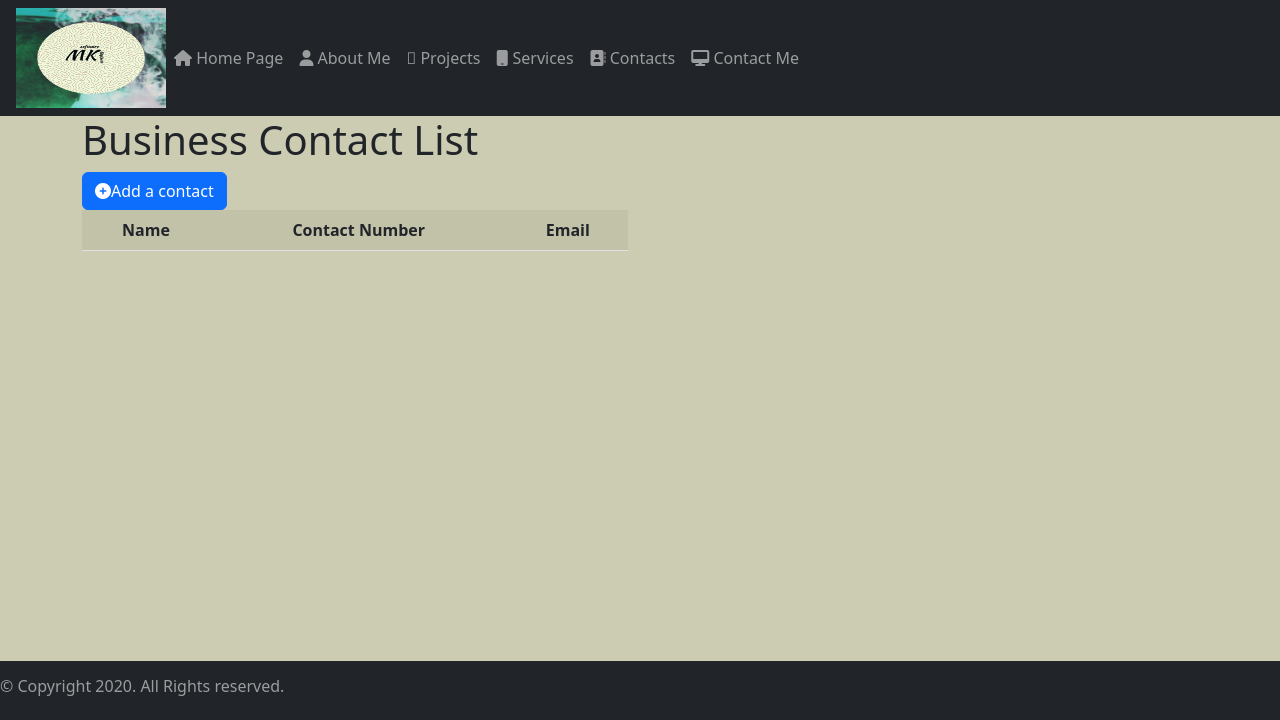
Repository: Mandeep180/Lab03_1
Page: http://localhost/infor
The author's editor kept a copy of each file at every save. The page is drawn from the files as they stood at one save, then again after the next save.
The browser window is 1280 px wide. The pictures show the whole page.
The page is served by the project's Node server (server.js). Queries for data that is not in the repository find no rows.

Above is the page before, as saved 2022-10-22 16:00:47.

After the next save:
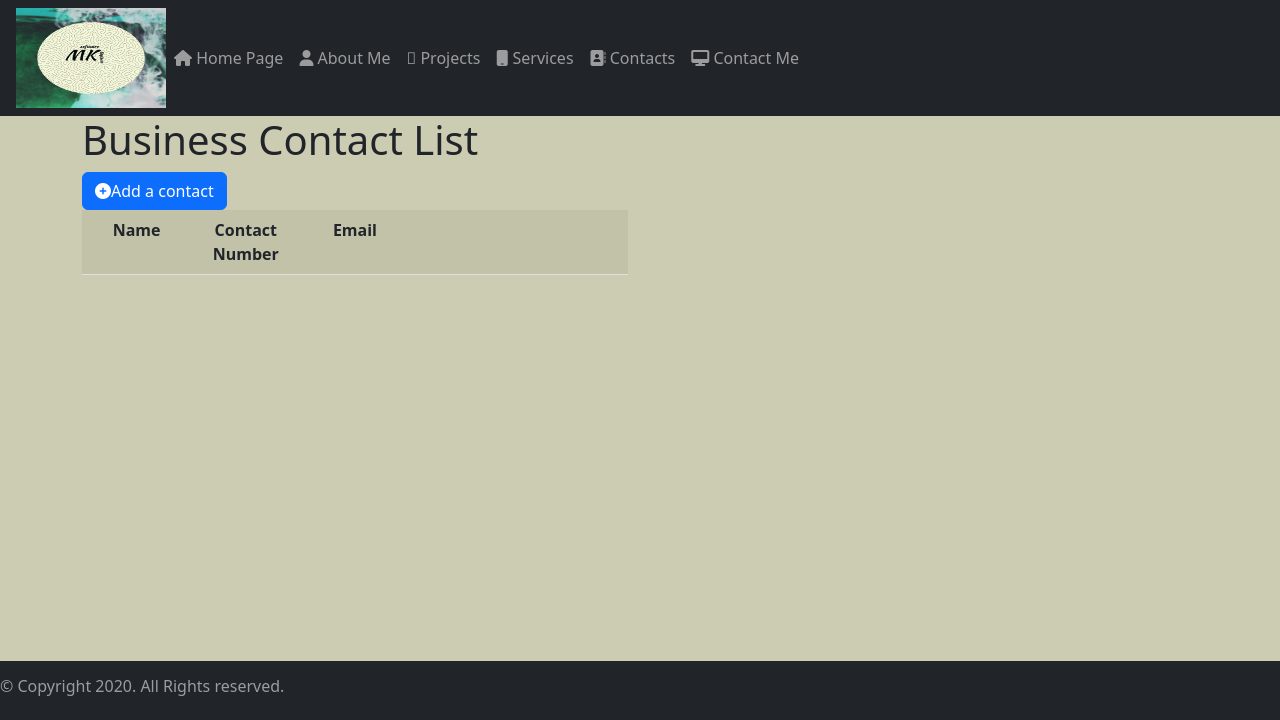
Saved 4 h 8 min later.
--- a/server/views/infor/list.ejs
+++ b/server/views/infor/list.ejs
@@ -14,18 +14,32 @@
             <table class="table table-boardered table-striped table-hover">
                 <!-- Header Row-->
                 <tr>
-                    <th class="text-center">Name</th>
-                    <th class="text-center">Contact Number</th>
-                    <th class="text-center">Email</th>
+                    <th class="text-center col-2">Name</th>
+                    <th class="text-center col-2">Contact Number</th>
+                    <th class="text-center col-2">Email</th>
+                    <th class="text-center col-2" ></th>
+                    <th class="text-center col-2" ></th>
 
                 </tr>
                 <!--Repeatable Template Row-->
                 <% for(let count = 0; count <InforList.length; count++){%>
                     <tr>
-                        <td class="text-center"><%=InforList[count].name%></td>
-                        <td class="text-center"><%=InforList[count].contactNumber%></td>
-                        <td class="text-center"><%=InforList[count].email%></td>
+                        <td class="text-center col-2"><%=InforList[count].name%></td>
+                        <td class="text-center col-2"><%=InforList[count].contactNumber%></td>
+                        <td class="text-center col-2"><%=InforList[count].email%></td>
+                        <td class="text-center col-2" >
+                            <a href="/infor/edit/<%= InforList[count]._id%>" class = "btn btn-primary">
+                            <i class="fas fa-pencil alt"></i>Edit
+                            </a>
 
+                        </td>
+                        <td class="text-center col-2" >
+                            <a href="/infor/delete/<%= InforList[count]._id%>" class = "btn btn-danger">
+                                <i class="fas fa-trash alt"></i>Delete
+                            </a>
+
+
+                        </td>
                     </tr>
                 <%}%>
 
